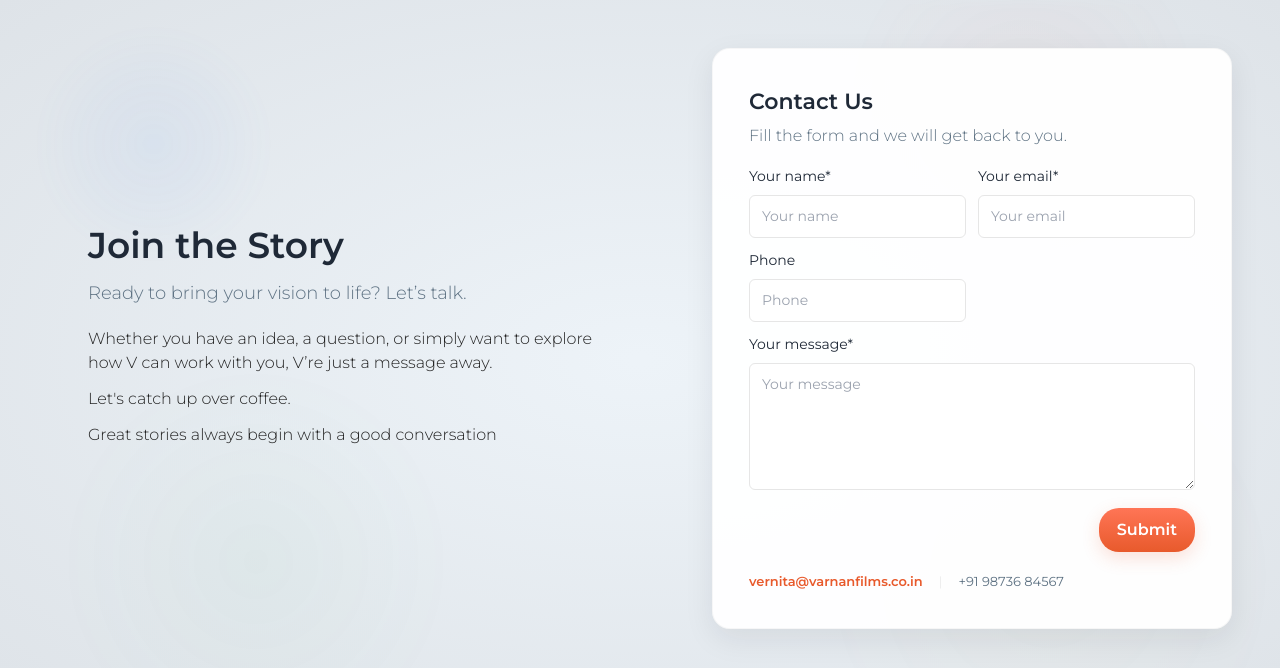
Repository: ritesh1711/ez-contact-form
Page: /
An editor plug-in stored every save of this project. The page is shown before and after the next save, followed by the edit.
The browser window is 1280 px wide. The pictures show the whole page.
The project was rebuilt for these pictures with package versions that can differ from the ones it lists, and the page was loaded fresh each time. Also part of the build but not shown: vite.config.js.

Above is the page before, as saved 2025-11-09 22:33:43.

### index.html
<!doctype html>
<html lang="en">
  <head>
    <meta charset="UTF-8" />
    <link rel="icon" type="image/svg+xml" href="/vite.svg" />
    <meta name="viewport" content="width=device-width, initial-scale=1.0" />
    <title>ezlabs-assignment</title>
  </head>
  <body>
    <div id="root"></div>
    <script type="module" src="/src/main.jsx"></script>
  </body>
</html>

### src/index.css
:root {
  font-family: system-ui, Avenir, Helvetica, Arial, sans-serif;
  line-height: 1.5;
  font-weight: 400;

  color-scheme: light dark;
  color: rgba(255, 255, 255, 0.87);
  background-color: #242424;

  font-synthesis: none;
  text-rendering: optimizeLegibility;
  -webkit-font-smoothing: antialiased;
  -moz-osx-font-smoothing: grayscale;
}

a {
  font-weight: 500;
  color: #646cff;
  text-decoration: inherit;
}
a:hover {
  color: #535bf2;
}

/* body {
  margin: 0;
  display: flex;
  place-items: center;
  min-width: 320px;
  min-height: 100vh;
} */

h1 {
  font-size: 3.2em;
  line-height: 1.1;
}

button {
  border-radius: 8px;
  border: 1px solid transparent;
  padding: 0.6em 1.2em;
  font-size: 1em;
  font-weight: 500;
  font-family: inherit;
  background-color: #1a1a1a;
  cursor: pointer;
  transition: border-color 0.25s;
}
button:hover {
  border-color: #646cff;
}
button:focus,
button:focus-visible {
  outline: 4px auto -webkit-focus-ring-color;
}

@media (prefers-color-scheme: light) {
  :root {
    color: #213547;
    background-color: #ffffff;
  }
  a:hover {
    color: #747bff;
  }
  button {
    background-color: #f9f9f9;
  }
}


html, body {
  margin: 0;
  padding: 0;
  overflow-x: hidden;
}
@tailwind base;
@tailwind components;
@tailwind utilities;

### src/App.jsx
import React from 'react'
// import Hero from './components/Hero'
import ContactForm from './components/ContactForm'
// import Footer from './components/Footer'


// export default function App(){
// return (
// <div className="min-h-screen flex flex-col">
// <header className="bg-white shadow-sm">
// <div className="max-w-6xl mx-auto px-6 py-4 flex items-center justify-between">
// <div className="text-xl font-bold">EZ Labs</div>
// <nav className="space-x-6 hidden md:block text-sm text-gray-600">
// <a href="#home">Home</a>
// <a href="#contact">Contact</a>
// </nav>
// </div>
// </header>


// <main className="flex-1">
// <Hero />
// <ContactForm />
// </main>


// <Footer />
// </div>
// )
// }

// import ContactForm from './components/ContactForm';

export default function App(){
  return <ContactForm />;
}

### src/components/ContactForm.jsx
// import React, { useState } from 'react'
// import './ContactForm.css' // added - imports the new styles

// function ContactForm() {
//   const [form, setForm] = useState({
//     name: '',
//     email: '',
//     phone: '',
//     message: ''
//   })

//   const [errors, setErrors] = useState({})
//   const [status, setStatus] = useState('')
//   const [loading, setLoading] = useState(false)

//   const validate = () => {
//     const newErrors = {}
//     if (!form.name.trim()) newErrors.name = 'Name is required'
//     if (!form.email.trim()) newErrors.email = 'Email is required'
//     else if (!/\S+@\S+\.\S+/.test(form.email)) newErrors.email = 'Invalid email'
//     if (!form.phone.trim()) newErrors.phone = 'Phone is required'
//     if (!form.message.trim()) newErrors.message = 'Message is required'
//     return newErrors
//   }

//   const handleSubmit = async (e) => {
//     e.preventDefault()
//     const validationErrors = validate()
//     if (Object.keys(validationErrors).length > 0) {
//       setErrors(validationErrors)
//       return
//     }

//     setErrors({})
//     setLoading(true)
//     setStatus('')

//     try {
//       const res = await fetch('https://jsonplaceholder.typicode.com/posts', {
//         method: 'POST',
//         headers: { 'Content-Type': 'application/json' },
//         body: JSON.stringify(form)
//       })

//       if (res.ok) {
//         setStatus('Form Submitted')
//         setForm({ name: '', email: '', phone: '', message: '' })
//       } else {
//         const body = await res.text()
//         setStatus('Submission failed: ' + res.status)
//         console.error('API error', res.status, body)
//       }
//     } catch (err) {
//       console.error(err)
//       setStatus('Submission failed: network error')
//     } finally {
//       setLoading(false)
//     }
//   }

//   return (
//     <section id="contact" className="max-w-6xl mx-auto px-6 py-16">
//       <div className="bg-white rounded-2xl shadow p-6 md:p-12">
//         <h2 className="text-2xl font-bold">Contact Us</h2>
//         <p className="text-gray-600 mt-2">Fill the form and we will get back to you.</p>

//         <form className="mt-6 grid gap-4 md:grid-cols-2" onSubmit={handleSubmit} noValidate>
//           <div className="md:col-span-1">
//             <label className="block text-sm font-medium">Name</label>
//             <input
//               value={form.name}
//               onChange={(e) => setForm({ ...form, name: e.target.value })}
//               className={`mt-1 block w-full rounded-md border px-3 py-2 ${
//                 errors.name ? 'border-red-500' : 'border-gray-200'
//               }`}
//             />
//             {errors.name && <p className="text-sm text-red-600 mt-1">{errors.name}</p>}
//           </div>

//           <div className="md:col-span-1">
//             <label className="block text-sm font-medium">Email</label>
//             <input
//               value={form.email}
//               onChange={(e) => setForm({ ...form, email: e.target.value })}
//               className={`mt-1 block w-full rounded-md border px-3 py-2 ${
//                 errors.email ? 'border-red-500' : 'border-gray-200'
//               }`}
//             />
//             {errors.email && <p className="text-sm text-red-600 mt-1">{errors.email}</p>}
//           </div>

//           <div className="md:col-span-1">
//             <label className="block text-sm font-medium">Phone</label>
//             <input
//               value={form.phone}
//               onChange={(e) => setForm({ ...form, phone: e.target.value })}
//               className={`mt-1 block w-full rounded-md border px-3 py-2 ${
//                 errors.phone ? 'border-red-500' : 'border-gray-200'
//               }`}
//             />
//             {errors.phone && <p className="text-sm text-red-600 mt-1">{errors.phone}</p>}
//           </div>

//           <div className="md:col-span-2">
//             <label className="block text-sm font-medium">Message</label>
//             <textarea
//               value={form.message}
//               onChange={(e) => setForm({ ...form, message: e.target.value })}
//               rows={4}
//               className={`mt-1 block w-full rounded-md border px-3 py-2 ${
//                 errors.message ? 'border-red-500' : 'border-gray-200'
//               }`}
//             ></textarea>
//             {errors.message && <p className="text-sm text-red-600 mt-1">{errors.message}</p>}
//           </div>

//           <div className="md:col-span-2 flex items-center justify-between">
//             <div className="text-sm text-green-700">{status}</div>
//             <div>
//               <button
//                 type="submit"
//                 disabled={loading}
//                 className="inline-flex items-center px-5 py-2 bg-sky-600 text-white rounded-lg hover:opacity-90"
//               >
//                 {loading ? 'Sending...' : 'Submit'}
//               </button>
//             </div>
//           </div>
//         </form>
//       </div>
//     </section>
//   )
// }

// export default ContactForm


import React, { useState } from 'react';
import './ContactForm.css';

function ContactForm() {
  const [form, setForm] = useState({
    name: '',
    email: '',
    phone: '',
    message: ''
  });

  const [errors, setErrors] = useState({});
  const [status, setStatus] = useState('');
  const [loading, setLoading] = useState(false);

  const validate = () => {
    const newErrors = {};
    if (!form.name.trim()) newErrors.name = 'Name is required';
    if (!form.email.trim()) newErrors.email = 'Email is required';
    else if (!/\S+@\S+\.\S+/.test(form.email)) newErrors.email = 'Invalid email';
    if (!form.phone.trim()) newErrors.phone = 'Phone is required';
    if (!form.message.trim()) newErrors.message = 'Message is required';
    return newErrors;
  };

  const handleSubmit = async (e) => {
    e.preventDefault();
    const validationErrors = validate();
    if (Object.keys(validationErrors).length > 0) {
      setErrors(validationErrors);
      return;
    }

    setErrors({});
    setLoading(true);
    setStatus('');

    try {
      const res = await fetch('https://jsonplaceholder.typicode.com/posts', {
        method: 'POST',
        headers: { 'Content-Type': 'application/json' },
        body: JSON.stringify(form)
      });

      if (res.ok) {
        setStatus('Form Submitted — thank you!');
        setForm({ name: '', email: '', phone: '', message: '' });
      } else {
        const body = await res.text();
        setStatus('Submission failed: ' + res.status);
        console.error('API error', res.status, body);
      }
    } catch (err) {
      console.error(err);
      setStatus('Submission failed: network error');
    } finally {
      setLoading(false);
    }
  };

  return (
    <section className="contact-root">
      <div className="background" aria-hidden="true"></div>

      <div className="contact-container">
        {/* Left column - intro / copy */}
        <div className="contact-left">
          <div className="left-inner">
            <h2 className="left-title">Join the Story</h2>
            <p className="left-sub">
              Ready to bring your vision to life? Let’s talk.
            </p>

            <div className="left-body">
              <p>
                Whether you have an idea, a question, or simply want to explore how V can work with you, V’re just a message away.
              </p>
              <p>Let's catch up over coffee.</p>
              <p>Great stories always begin with a good conversation</p>
            </div>
          </div>
        </div>

        {/* Right column - form */}
        <div className="contact-right">
          <div className="form-card">
            <h3 className="form-head">Contact Us</h3>
            <p className="form-sub">Fill the form and we will get back to you.</p>

            <form className="form-grid" onSubmit={handleSubmit} noValidate>
              <div className="form-field">
                <label htmlFor="name">Your name*</label>
                <input
                  id="name"
                  type="text"
                  value={form.name}
                  onChange={(e) => setForm({ ...form, name: e.target.value })}
                  className={errors.name ? 'input error' : 'input'}
                  placeholder="Your name"
                />
                {errors.name && <div className="error-text">{errors.name}</div>}
              </div>

              <div className="form-field">
                <label htmlFor="email">Your email*</label>
                <input
                  id="email"
                  type="email"
                  value={form.email}
                  onChange={(e) => setForm({ ...form, email: e.target.value })}
                  className={errors.email ? 'input error' : 'input'}
                  placeholder="Your email"
                />
                {errors.email && <div className="error-text">{errors.email}</div>}
              </div>

              <div className="form-field">
                <label htmlFor="phone">Phone</label>
                <input
                  id="phone"
                  type="tel"
                  value={form.phone}
                  onChange={(e) => setForm({ ...form, phone: e.target.value })}
                  className={errors.phone ? 'input error' : 'input'}
                  placeholder="Phone"
                />
                {errors.phone && <div className="error-text">{errors.phone}</div>}
              </div>

              <div className="form-field full">
                <label htmlFor="message">Your message*</label>
                <textarea
                  id="message"
                  value={form.message}
                  onChange={(e) => setForm({ ...form, message: e.target.value })}
                  rows="5"
                  className={errors.message ? 'textarea error' : 'textarea'}
                  placeholder="Your message"
                />
                {errors.message && <div className="error-text">{errors.message}</div>}
              </div>

              <div className="form-actions">
                <div className="status">{status}</div>
                <button
                  type="submit"
                  disabled={loading}
                  className="submit-btn"
                >
                  {loading ? 'Sending...' : 'Submit'}
                </button>
              </div>
            </form>

            <div className="contact-footer">
              <a href="mailto:vernita@varnanfilms">vernita@varnanfilms.co.in</a>
              <span className="sep">|</span>
              <span>+91 98736 84567</span>
            </div>
          </div>
        </div>
      </div>
    </section>
  );
}

export default ContactForm;

### src/components/ContactForm.css
/* ContactForm.css
   Place alongside the component and import in the component file.
   Uses Montserrat from your provided import.
*/

@import url('https://fonts.googleapis.com/css?family=Montserrat:200,300,400,600&display=swap');

:root{
  --bg-1: #edf3f8;
  --bg-2: #dee3e8;
  --accent: #e85a2c;
  --card-bg: rgba(255,255,255,0.95);
  --muted: #5e7283;
  --input-border: #e6e6e6;
}

/* reset */
* { box-sizing: border-box; }
html,body,#root { height: 100%; }
body {
  margin: 0;
  font-family: "Montserrat", system-ui, -apple-system, "Segoe UI", Roboto, "Helvetica Neue", Arial;
  color: #1f2937;
}

/* overall section */
.contact-root {
  position: relative;
  min-height: 100vh;
  overflow: auto;
  background: radial-gradient(ellipse at center, var(--bg-1) 1%, var(--bg-2) 100%);
  padding: 48px;
}

/* your "webgl css" converted to real CSS */
.background {
  position: absolute;
  left: 0;
  top: 0;
  width: 100%;
  height: 100%;
  pointer-events: none;
  z-index: 0;
  /* subtle animated shapes using CSS radial-gradients for depth instead of an image */
  background-image:
    radial-gradient(circle at 12% 20%, rgba(62,130,247,0.06) 0px, transparent 120px),
    radial-gradient(circle at 80% 14%, rgba(237,65,45,0.04) 0px, transparent 180px),
    radial-gradient(circle at 20% 78%, rgba(45,169,79,0.03) 0px, transparent 200px),
    radial-gradient(circle at 82% 80%, rgba(253,189,0,0.02) 0px, transparent 240px);
  filter: blur(6px);
}

/* container for content - two columns */
.contact-container {
  position: relative;
  z-index: 5;
  display: grid;
  grid-template-columns: 1fr 520px;
  gap: 40px;
  align-items: center;
  max-width: 1200px;
  margin: 0 auto;
}

/* left column */
.contact-left {
  padding: 60px 40px;
}
.left-inner {
  max-width: 520px;
}
.left-title {
  font-weight: 600;
  font-size: 36px;
  margin: 0 0 8px 0;
}
.left-sub {
  margin: 0 0 20px 0;
  color: var(--muted);
  font-weight: 300;
  font-size: 18px;
}
.left-body p {
  margin: 12px 0;
  color: #222;
  font-weight: 300;
  line-height: 1.5;
}

/* right column / card */
.contact-right {
  display: flex;
  justify-content: center;
}
.form-card {
  width: 100%;
  background: var(--card-bg);
  border-radius: 18px;
  box-shadow: 0 10px 30px rgba(20,30,40,0.08);
  padding: 36px;
  border: 1px solid rgba(0,0,0,0.03);
}
.form-head {
  margin: 0;
  font-size: 22px;
  font-weight: 600;
}
.form-sub {
  margin: 6px 0 18px 0;
  color: var(--muted);
  font-weight: 300;
}

/* form grid and fields */
.form-grid {
  display: grid;
  grid-template-columns: 1fr 1fr;
  gap: 12px;
}
.form-field {
  display: flex;
  flex-direction: column;
  font-size: 14px;
}
.form-field.full {
  grid-column: 1 / -1;
}
.form-field label {
  margin-bottom: 8px;
  font-weight: 400;
}
.input, .textarea {
  border: 1px solid var(--input-border);
  padding: 10px 12px;
  border-radius: 6px;
  font-family: inherit;
  font-size: 14px;
  outline: none;
  transition: box-shadow .15s ease, border-color .15s ease;
  background: white;
}
.input:focus, .textarea:focus {
  box-shadow: 0 0 0 4px rgba(232,90,50,0.06);
  border-color: rgba(232,90,50,0.6);
}
.textarea { resize: vertical; min-height: 120px; }

/* errors */
.error {
  border-color: #f87171 !important;
}
.error-text {
  margin-top: 6px;
  color: #b91c1c;
  font-size: 13px;
}

/* actions */
.form-actions {
  grid-column: 1 / -1;
  display: flex;
  justify-content: space-between;
  align-items: center;
  margin-top: 6px;
}
.status {
  color: #0f5132; /* green-ish for success */
  font-weight: 500;
  min-height: 20px;
}
.submit-btn {
  background: linear-gradient(180deg, #ff7556, #e85a2c);
  color: white;
  border: none;
  padding: 10px 18px;
  font-weight: 600;
  border-radius: 20px;
  cursor: pointer;
  box-shadow: 0 6px 18px rgba(232,90,50,0.18);
}
.submit-btn[disabled] {
  opacity: 0.65;
  cursor: not-allowed;
}

/* footer contact info */
.contact-footer {
  margin-top: 20px;
  font-size: 13px;
  color: var(--muted);
  display: flex;
  gap: 10px;
  align-items: center;
}
.contact-footer a { color: var(--accent); text-decoration: none; font-weight: 600; }
.contact-footer .sep { color: rgba(0,0,0,0.08); margin: 0 6px; }

/* Responsive: collapse to single column on smaller screens */
@media (max-width: 980px) {
  .contact-container {
    grid-template-columns: 1fr;
    padding: 0 8px;
  }
  .contact-left {
    order: 2;
    padding: 28px 20px;
  }
  .contact-right {
    order: 1;
    padding: 20px;
  }
  .form-card { padding: 24px; }
  .form-grid {
    grid-template-columns: 1fr;
  }
}

/* smaller mobile tweaks */
@media (max-width: 480px) {
  .contact-root { padding: 20px; }
  .left-title { font-size: 28px; }
  .left-sub { font-size: 16px; }
  .form-head { font-size: 18px; }
  .submit-btn { padding: 10px 14px; }
}

Loaded but not shown: src/main.jsx (common file); tailwind.config.cjs (common file)

After the next save:
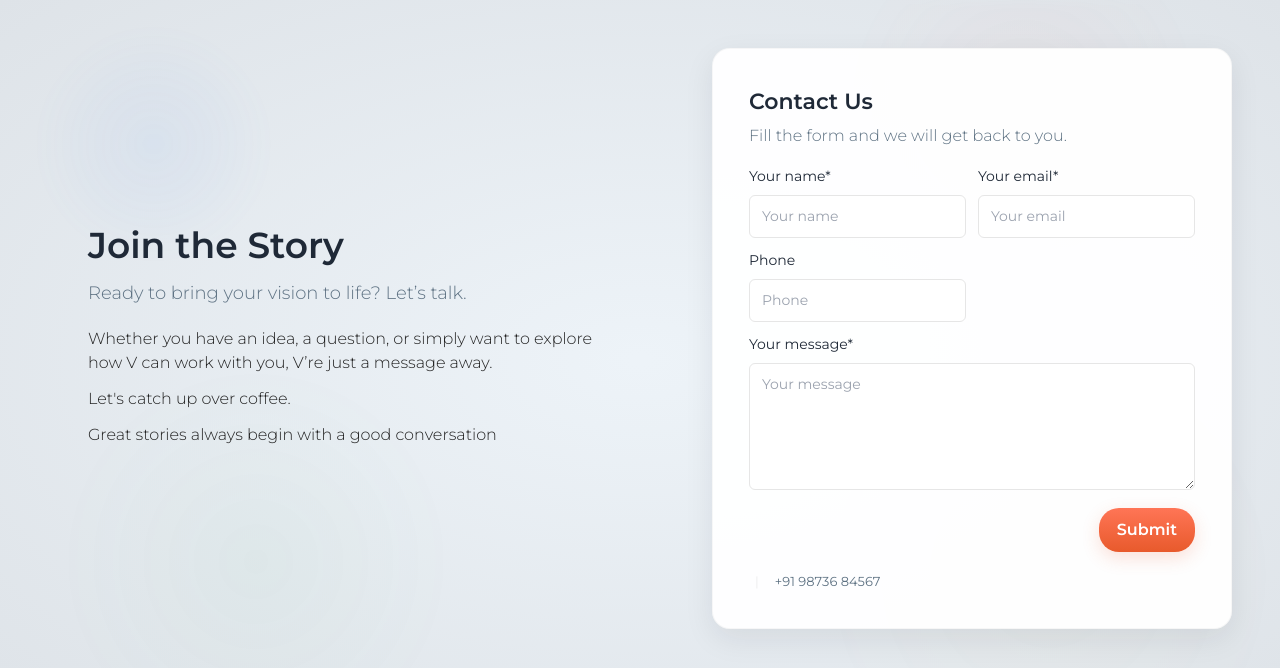
Saved 4 s later.
--- a/src/components/ContactForm.jsx
+++ b/src/components/ContactForm.jsx
@@ -290,7 +290,7 @@ function ContactForm() {
             </form>
 
             <div className="contact-footer">
-              <a href="mailto:vernita@varnanfilms">vernita@varnanfilms.co.in</a>
+
               <span className="sep">|</span>
               <span>+91 98736 84567</span>
             </div>
